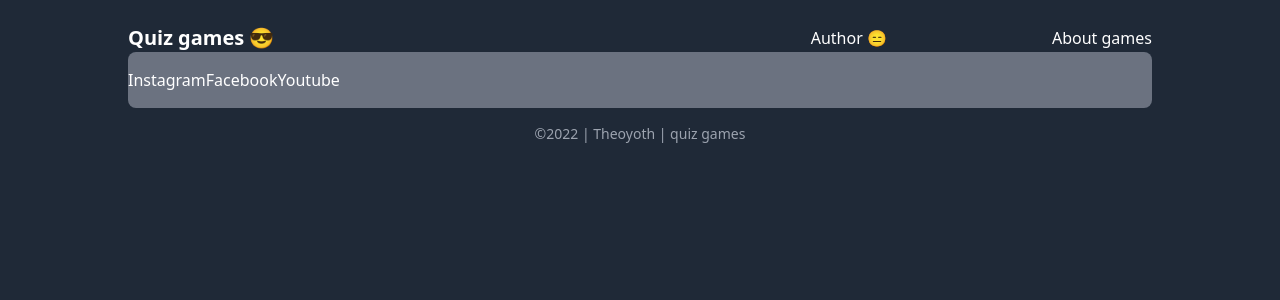
Repository: theoyoth/quiz-game
Page: /author
These files come from the project's save history. The page is drawn as it stood at one moment and after the next save; the edit follows.
The browser window is 1280 px wide. The pictures show the whole page.
The project was rebuilt for these pictures with package versions that can differ from the ones it lists, and the page was loaded fresh each time. The framework's server and built-in components were replaced by stand-ins that run in the browser. Also part of the build but not shown: nuxt.config.js, components/EndPage.vue, components/Loading.vue, layouts/404.vue, layouts/error.vue, layouts/errorLayout.vue.

Above is the page before, as saved 2022-06-16 20:05:14.

### assets/css/main.css
@tailwind base;
@tailwind components;
@tailwind utilities;


/* hide scrollbar */
/* ================================ */
* {
  /* for explorer, edge */
  -ms-overflow-style: none;
  /* for firefox */
  scrollbar-width: none;
}
::-webkit-scrollbar {
  /* for chrome, safari, and opera */
  display: none;
}
/* ================================ */

.correct {
  background-color: rgb(23, 87, 170);
}
.incorrect {
  background-color: rgb(204, 49, 41);
}

### components/Footer.vue
.<template>
  <div class="text-center mt-4">
    <p class="text-sm text-gray-400">&copy;2022 | Theoyoth | quiz games</p>
  </div>
</template>

<script>
export default {

}
</script>

### components/Header.vue
<template>
  <div class="flex justify-between items-center">
    <div>
      <h2 class="font-bold text-xl">
        <NuxtLink to="/">Quiz games 😎</NuxtLink>
      </h2>
    </div>
    <div class="lg:w-1/3 sm:w-1/2 md:w-1/3 xl:w-1/3 flex justify-between items-center">
      <NuxtLink to="/author">Author 😑</NuxtLink>
      <NuxtLink to="/about">About games</NuxtLink>
    </div>
  </div>
</template>

<script>
export default {

}
</script>

### components/Main.vue
<template>
  <div>
    <div class="lg:px-10 md:px-8 sm:px-4 xl:px-32 py-6 min-h-screen bg-gray-800 text-white">
    <Header />
      <NuxtChild />
    <Footer />
    </div>
  </div>
</template>

<script>
export default {

}
</script>

### layouts/default.vue
<template>
  <Main>
      <Nuxt />
  </Main>
</template>

### pages/author.vue
<template>
  <div>
    <div class="bg-gray-500 rounded-lg py-4 flex flex-column">
      <NuxtLink to="https://www.instagram.com/theoyoth/" target="_blank">Instagram</NuxtLink>
      <NuxtLink to="/game" target="_blank">Facebook</NuxtLink>
      <NuxtLink to="/game" target="_blank">Youtube</NuxtLink>
    </div>
  </div>
</template>

<script>
export default {

}
</script>

### tailwind.config.js
/** @type {import('tailwindcss').Config} */
module.exports = {
  content: [
    "./components/**/*.{js,vue,ts}",
    "./layouts/**/*.vue",
    "./pages/**/*.vue",
    "./plugins/**/*.{js,ts}",
    "./nuxt.config.{js,ts}",
  ],
  theme: {
    extend: {},
    screens: {
      sm: "410px",
      md: "640px",
      lg: "770px",
      xl: "1024px",
    },
  },
  plugins: [],
};

After the next save:
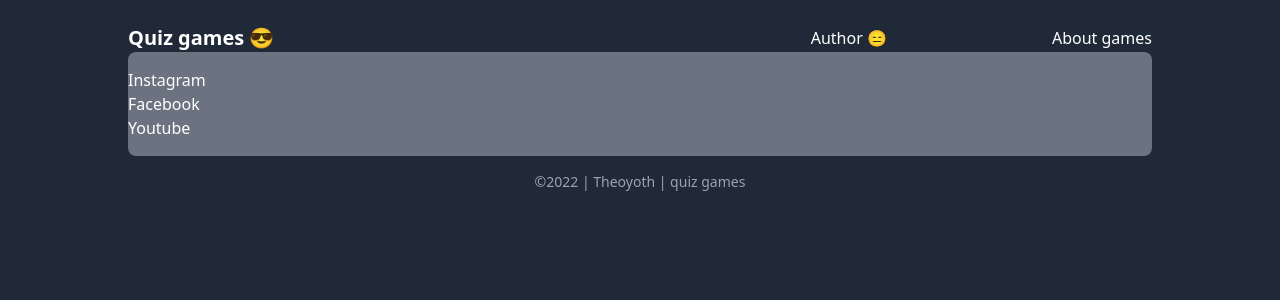
Saved 5 s later.
--- a/pages/author.vue
+++ b/pages/author.vue
@@ -1,6 +1,6 @@
 <template>
   <div>
-    <div class="bg-gray-500 rounded-lg py-4 flex flex-column">
+    <div class="bg-gray-500 rounded-lg py-4 flex flex-col">
       <NuxtLink to="https://www.instagram.com/theoyoth/" target="_blank">Instagram</NuxtLink>
       <NuxtLink to="/game" target="_blank">Facebook</NuxtLink>
       <NuxtLink to="/game" target="_blank">Youtube</NuxtLink>
